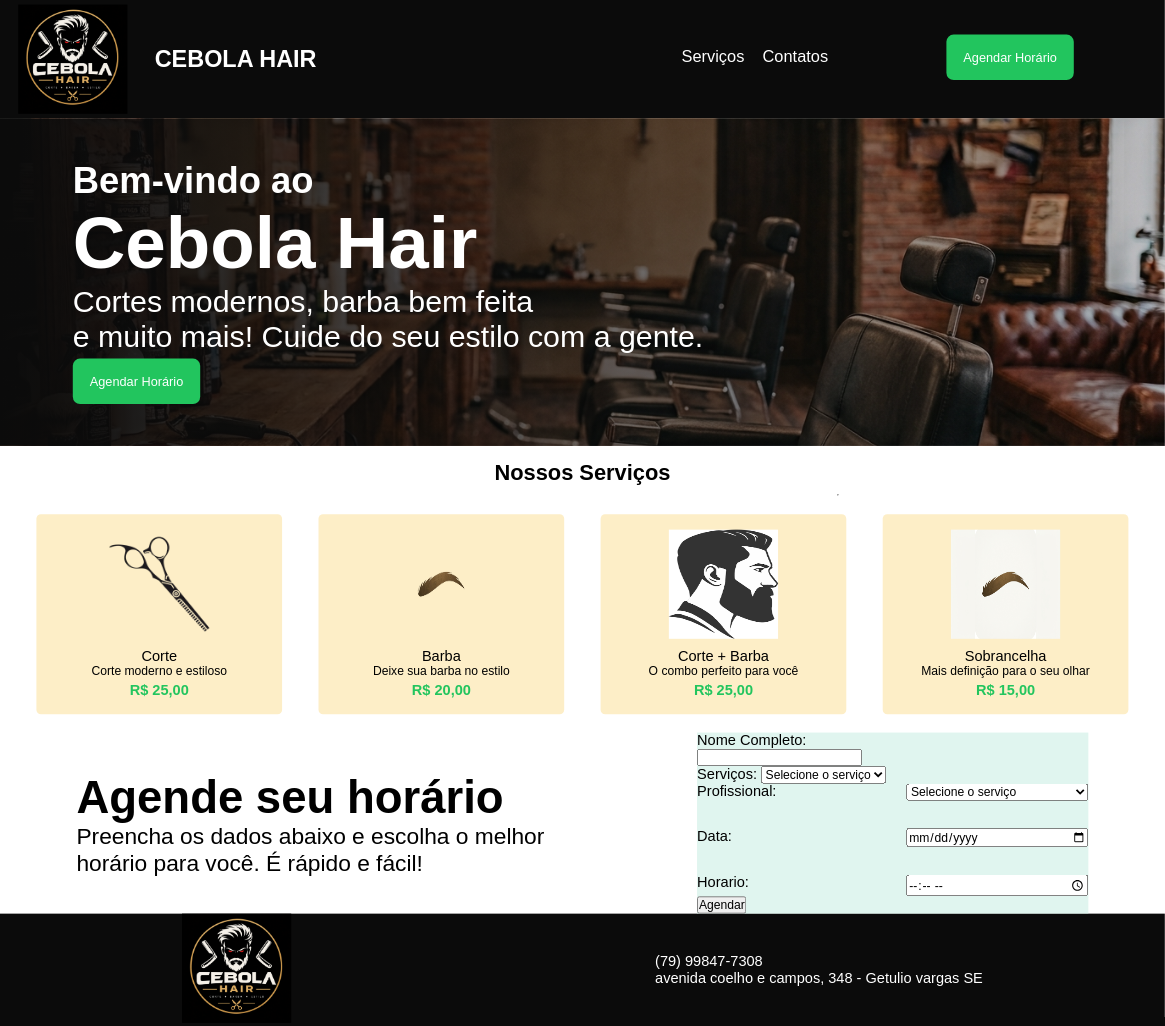
Repository: antonymsantana-design/final.activitie1
Page: index.html
An editor plug-in stored every save of this project. The page is shown before and after the next save, followed by the edit.
The browser window is 1280 px wide. The pictures show the whole page, at 91% of full size.

Above is the page before, as saved 2026-09-15 19:27:19.

### index.html
<!doctype html>
<html lang="pt-br">
  <head>
    <meta charset="UTF-8" />
    <meta name="viewport" content="width=device-width, initial-scale=1.0" />
    <title>Cebola Hair</title>
    <link rel="stylesheet" href="style.css" />
    <script src="../final.activitie1/script.js" defer></script>
  </head>
  <header>
    <div class="conteudoH" id="conteudoH">
      <div class="imagem" id="imagem">
        <img
          src="image/ChatGPT Image 15 de set. de 2026, 09_00_55.png"
          alt="logo"
          class="logoIMG"
          id="logoIMG"
        />
        <h3 class="logoH">CEBOLA HAIR</h3>
      </div>
      <div class="direitaH">
        <div class="links" id="links">
          <a href="#" class="aLinks">Serviços</a>
          <a href="#" class="aLinks">Contatos</a>
        </div>
        <div class="btnDiv" id="btnDiv">
          <button class="btn" id="btn">
            <div class="btnTxt" id="btnTxt">
              <p>Agendar Horário</p>
            </div>
          </button>
        </div>
      </div>
    </div>
  </header>

  <body>
    <div class="conteudo">
      <div class="texto">
        <h4>Bem-vindo ao</h4>
        <h1>Cebola Hair</h1>
        <small
          >Cortes modernos, barba bem feita <br />
          e muito mais! Cuide do seu estilo com a gente.</small
        >
        <button class="btn" id="btn">
          <div class="btnTxt" id="btnTxt">
            <p>Agendar Horário</p>
          </div>
        </button>
      </div>
    </div>

    <h2 class="Our">Nossos Serviços</h2>
    <hr />

    <div class="cards">
      <div class="card">
        <img src="image/corte.webp" alt="tisora" class="icone" />
        <p>Corte</p>
        <small>Corte moderno e estiloso</small>
        <h4>R$ 25,00</h4>
      </div>
      <div class="card">
        <img src="image/Design sem nome.png" alt="tisora" class="icone" />
        <p>Barba</p>
        <small>Deixe sua barba no estilo</small>
        <h4>R$ 20,00</h4>
      </div>
      <div class="card">
        <img src="image/corte+barba.png" alt="tisora" class="icone" />
        <p>Corte + Barba</p>
        <small>O combo perfeito para você</small>
        <h4>R$ 25,00</h4>
      </div>
      <div class="card">
        <img
          src="image/Gemini_Generated_Image_3bb4av3bb4av3bb4.jpg"
          alt="tisora"
          class="icone"
        />
        <p>Sobrancelha</p>
        <small>Mais definição para o seu olhar</small>
        <h4>R$ 15,00</h4>
      </div>
    </div>

    <div class="agendar" id="agendar">
      <div class="esq">
        <h1>Agende seu horário</h1>
        <p>
          Preencha os dados abaixo e escolha o melhor <br />
          horário para você. É rápido e fácil!
        </p>
      </div>

      <div class="form">
        <label for="nome">Nome Completo:</label><br />
        <input type="text" name="nome" id="nome" /><br />

        <div class="grid">
          <label for="serv">Serviços:</label>
          <select name="serv" id="serv">
            <option value="">Selecione o serviço</option>
            <option value="corte">Corte</option>
            <option value="barba">Barba</option>
            <option value="cort+barba">Corte + Barba</option>
            <option value="sobrancelha">Sobrancelha</option>
          </select>

          <div class="quadrado">
            <label for="prof">Profissional:</label>
            <select name="prof" id="prof">
              <option value="">Selecione o serviço</option>
              <option value="cebola">Cebola</option>
            </select>

            <label for="data">Data:</label>
            <input type="date" name="data" id="data" />

            <label for="hora">Horario:</label>
            <input type="time" name="hora" id="hora" />
          </div>
        </div>

        <button type="button">Agendar</button>
      </div>
    </div>
  </body>
  <footer>
    <div class="direita">
      <img
        src="image/ChatGPT Image 15 de set. de 2026, 09_00_55.png"
        alt="logo"
        class="logoIMG"
        id="logoIMG"
      />
    </div>

    <div class="esquerda">
      <p>(79) 99847-7308</p>
      <p>avenida coelho e campos, 348 - Getulio vargas SE</p>
    </div>
  </footer>
</html>

### style.css
* {
    padding: 0px;
    margin: 0px;
    font-family: Arial, Helvetica, sans-serif;
}

header {
    background-color: #0B0B0B;
    height: 130px;
}

small {
    padding-bottom: 5px;
}

.conteudoH {
    display: flex;
    justify-content: space-between;
    padding-right: 100px;
    align-items: center;
}

.imagem {
    margin-left: 20px;
    margin-top: 5px;
    display: flex;
    justify-content: center;
    align-items: center;
    gap: 30px;
    font-weight: 600;
    font-size: 22px;
}

.logoIMG {
    width: 120px;
    height: 120px;
    cursor: pointer;
}

.logoH {
    color: white;

}

.links {
    display: flex;
    gap: 20px;
    justify-content: center;
    padding-right: 130px;
    font-size: 18px;
}

.links a {
    text-decoration: none;
    color: white;
    transition: 0.5s ease;
}

.aLinks:hover {
    transform: translateY(-5px);
    box-shadow: 0 4px 10px rgba(0, 0, 0, 0.15);
    background-color: #F0C56A;
    color: #F5F5F5;
    border-radius: 5px;
    width: 120px;
    height: 30px;
    display: flex;
    justify-content: center;
    align-items: center;
}

.btnDiv {
    display: flex;
}

.btn {
    display: flex;
    justify-content: center;
    width: 140px;
    height: 50px;
    background-color: #22C55E;
    border: none;
    color: white;
    align-items: center;
    border-radius: 8px;
    transition: 0.3s ease;
    cursor: pointer;
    font-size: 14px;
}

.btn:hover {
    transform: translateY(-5px);
    box-shadow: 0 8px 15px rgba(0, 0, 0, 0.4);
}

.direitaH {
    display: flex;
    justify-content: center;
    align-items: center;
}

.conteudo {
    background-image: url(image/Gemini_Generated_Image_hbetqjhbetqjhbet.jpg);
    background-repeat: no-repeat;
    background-size: cover;
    background-position: center;
    height: 50vh;
    color: white;
}

.texto {
    padding-left: 80px;
    font-size: 40px;
    display: flex;
    flex-direction: column;
    justify-content: center;
    height: 50vh;
    background: linear-gradient(to right, #0B0B0B, #15151531);

}

.card {
    background-color: #FDEEC7;
    width: 270px;
    height: 220px;
    display: flex;
    flex-direction: column;
    justify-content: center;
    align-items: center;
    border-radius: 5px;
}

.cards {
    display: flex;
    justify-content: center;
    gap: 40px;
    padding-top: 20px;
    padding-bottom: 20px;
}

.card h4 {
    color: #22C55E;
}

.icone {
    width: 120px;
    height: 120px;
    padding-bottom: 10px;
}

.Our {
    padding-top: 15px;
    text-align: center;
    padding-bottom: 10px;
}

hr {
    color: #22C55E;
    text-align: center;
    margin-left: 920px;
    margin-right: 920px;
}

.agendar{
    display: flex;
    justify-content: space-around;
    align-items: center;
}

.form{
    background-color: rgba(201, 238, 227, 0.568);
}
.quadrado{
    display: grid;
    grid-template-columns: repeat(2, 200px);
    gap: 30px;
}

.esq {
    font-size: 25px;
}

footer{
    display: flex;
    justify-content: space-around;
    align-items: center;
    background-color: #0B0B0B;
    color: white;
}

Loaded but not shown: script.js (no copy from this time; the picture is the same without it)

After the next save:
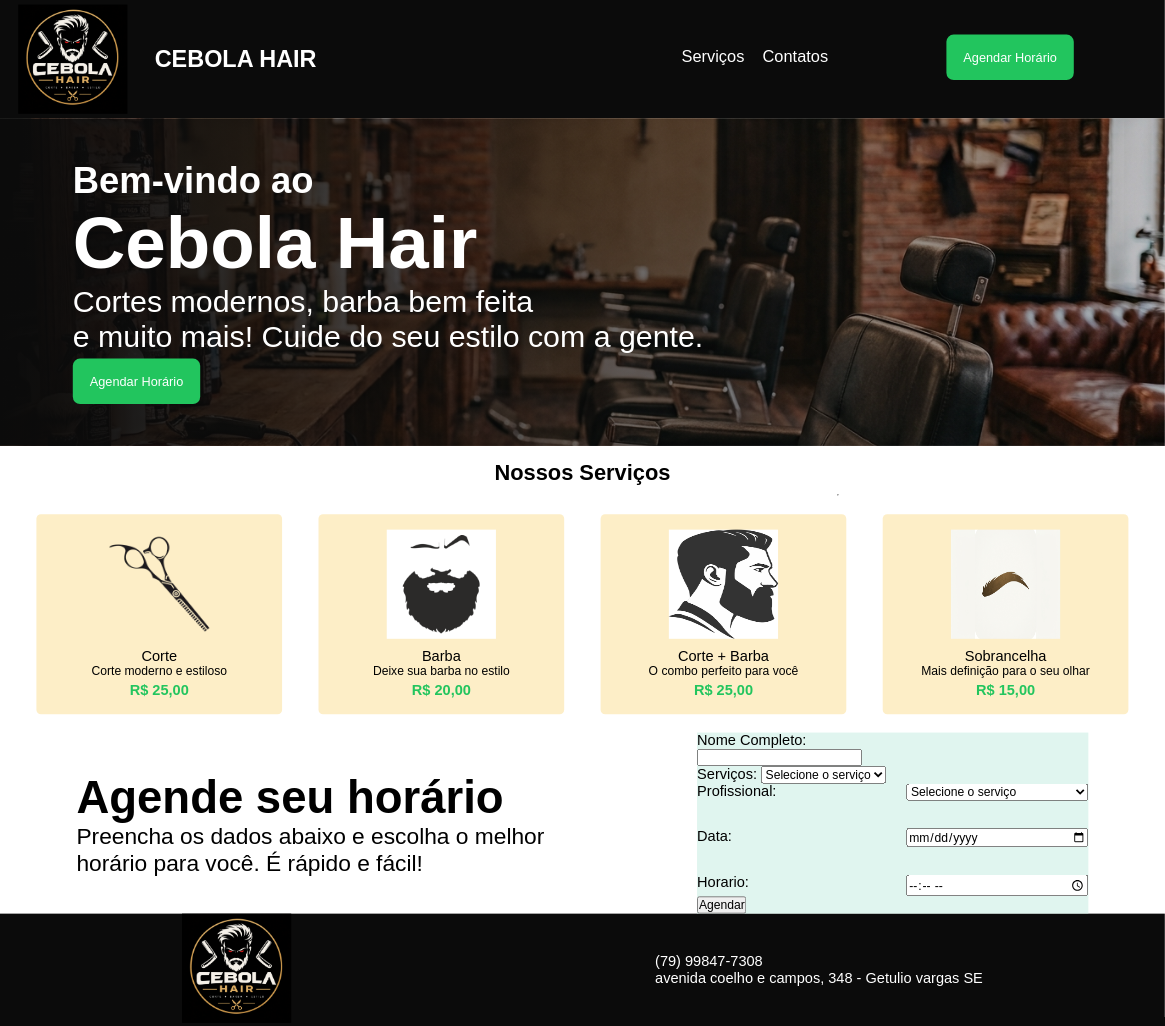
Saved 10 s later.
--- a/index.html
+++ b/index.html
@@ -62,7 +62,7 @@
         <h4>R$ 25,00</h4>
       </div>
       <div class="card">
-        <img src="image/Design sem nome.png" alt="tisora" class="icone" />
+        <img src="image/barba.png" alt="tisora" class="icone" />
         <p>Barba</p>
         <small>Deixe sua barba no estilo</small>
         <h4>R$ 20,00</h4>
